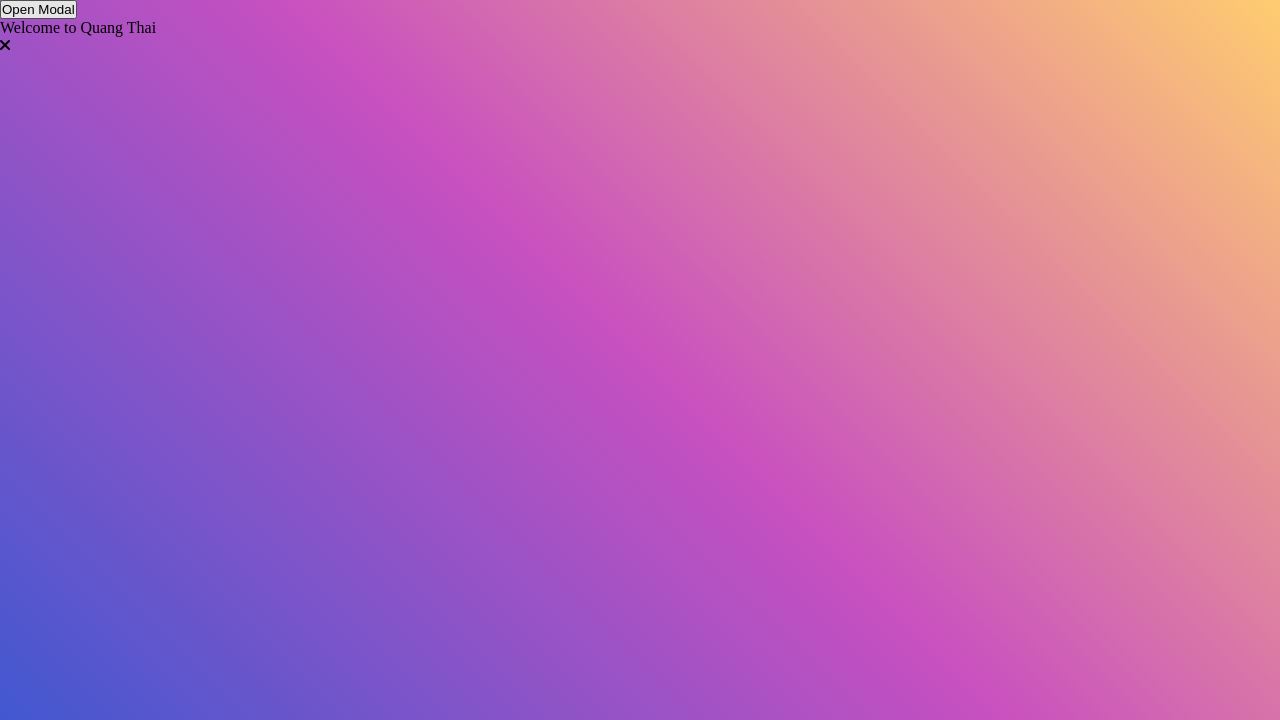
Repository: QUANGTHAI2003/modal
Page: index.html
The author's editor kept a copy of each file at every save. The page is drawn from the files as they stood at one save, then again after the next save.
The browser window is 1280 px wide. The pictures show the whole page.

Above is the page before, as saved 2022-02-28 21:29:16.

After the next save:
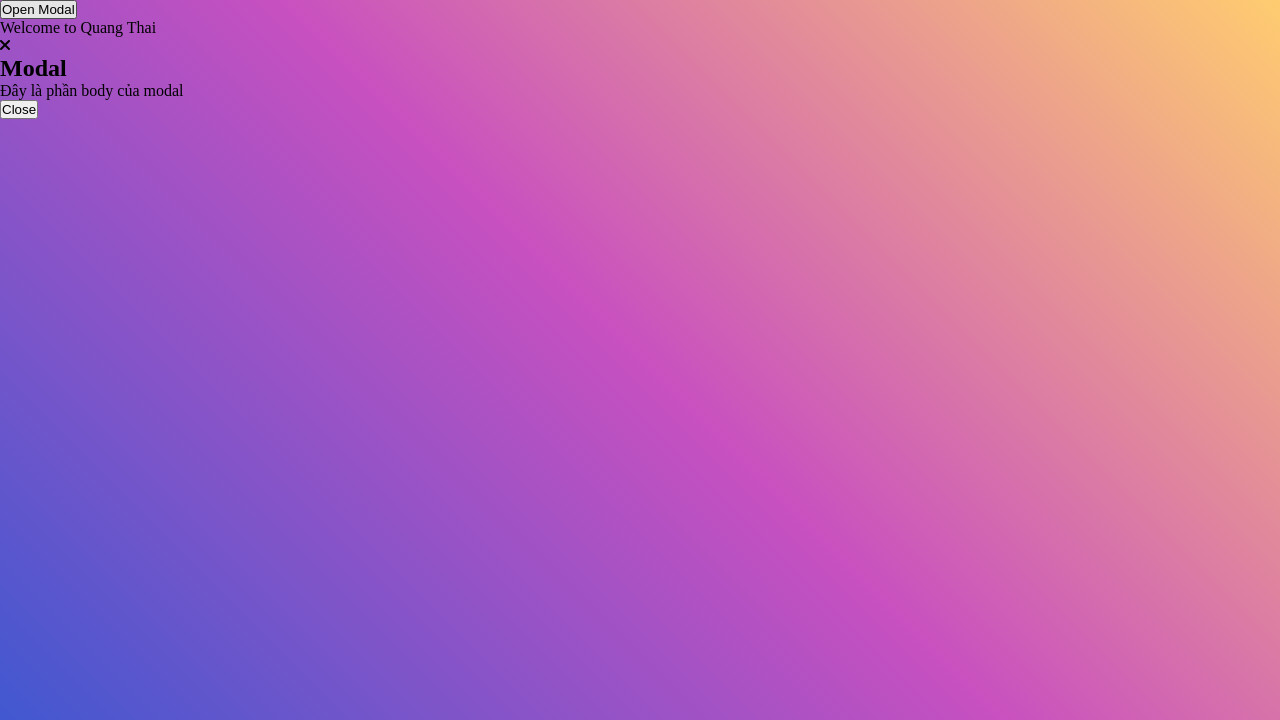
Saved 78 s later.
--- a/index.html
+++ b/index.html
@@ -18,8 +18,13 @@
                 <p>Welcome to Quang Thai</p>
                 <i class="fas fa-times"></i>
             </div>
-            <div class="modal__body"></div>
-            <div class="modal__footer"></div>
+            <div class="modal__body">
+                <h2>Modal</h2>
+                <p>Đây là phần body của modal</p>
+            </div>
+            <div class="modal__footer">
+                <button>Close</button>
+            </div>
         </div>
     </div>
     <script src="./app.js"></script>
